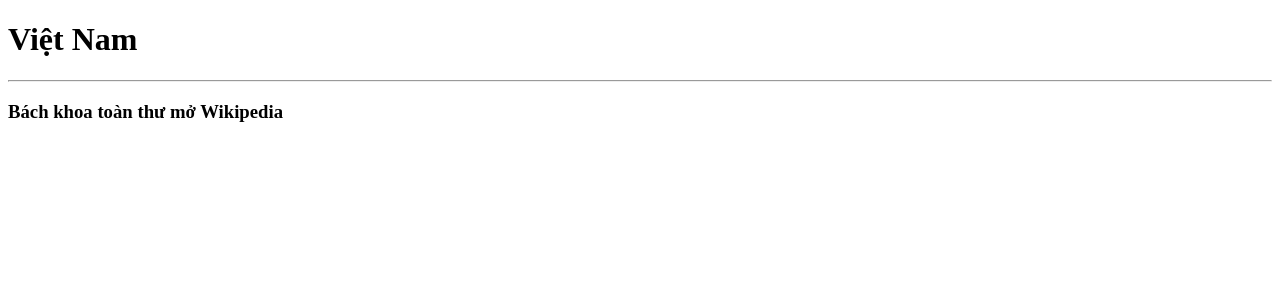
Repository: nguyenhung50497/MD2_cssCanBan
Page: dinhDangVanBanCSS/index.html
The author's editor kept a copy of each file at every save. The page is drawn from the files as they stood at one save, then again after the next save.
The browser window is 1280 px wide. The pictures show the whole page.

Above is the page before, as saved 2022-11-28 10:44:46.

After the next save:
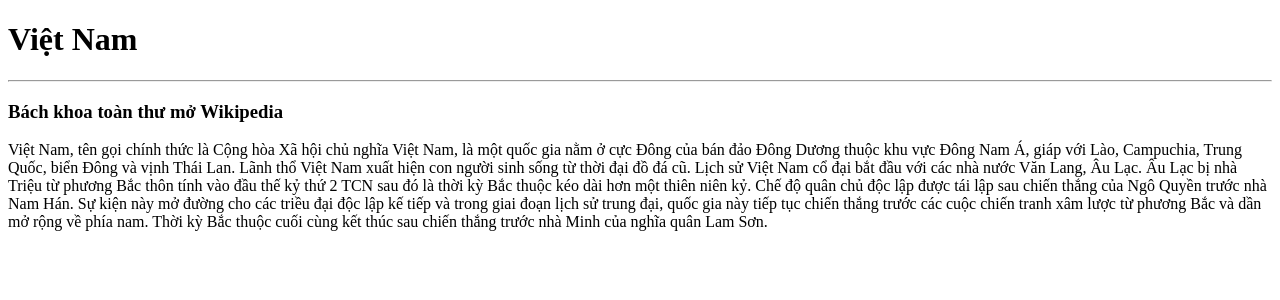
Saved 28 s later.
--- a/dinhDangVanBanCSS/index.html
+++ b/dinhDangVanBanCSS/index.html
@@ -12,7 +12,9 @@
         <h1>Việt Nam</h1>
         <hr>
         <h3>Bách khoa toàn thư mở Wikipedia</h3>
-        <p></p>
+        <p>Việt Nam, tên gọi chính thức là Cộng hòa Xã hội chủ nghĩa Việt Nam, là một quốc gia nằm ở cực Đông của bán đảo Đông Dương thuộc khu vực Đông Nam Á, giáp với Lào, Campuchia, Trung Quốc, biển Đông và vịnh Thái Lan.
+
+            Lãnh thổ Việt Nam xuất hiện con người sinh sống từ thời đại đồ đá cũ. Lịch sử Việt Nam cổ đại bắt đầu với các nhà nước Văn Lang, Âu Lạc. Âu Lạc bị nhà Triệu từ phương Bắc thôn tính vào đầu thế kỷ thứ 2 TCN sau đó là thời kỳ Bắc thuộc kéo dài hơn một thiên niên kỷ. Chế độ quân chủ độc lập được tái lập sau chiến thắng của Ngô Quyền trước nhà Nam Hán. Sự kiện này mở đường cho các triều đại độc lập kế tiếp và trong giai đoạn lịch sử trung đại, quốc gia này tiếp tục chiến thắng trước các cuộc chiến tranh xâm lược từ phương Bắc và dần mở rộng về phía nam. Thời kỳ Bắc thuộc cuối cùng kết thúc sau chiến thắng trước nhà Minh của nghĩa quân Lam Sơn.</p>
     </div>
 </body>
 </html>
